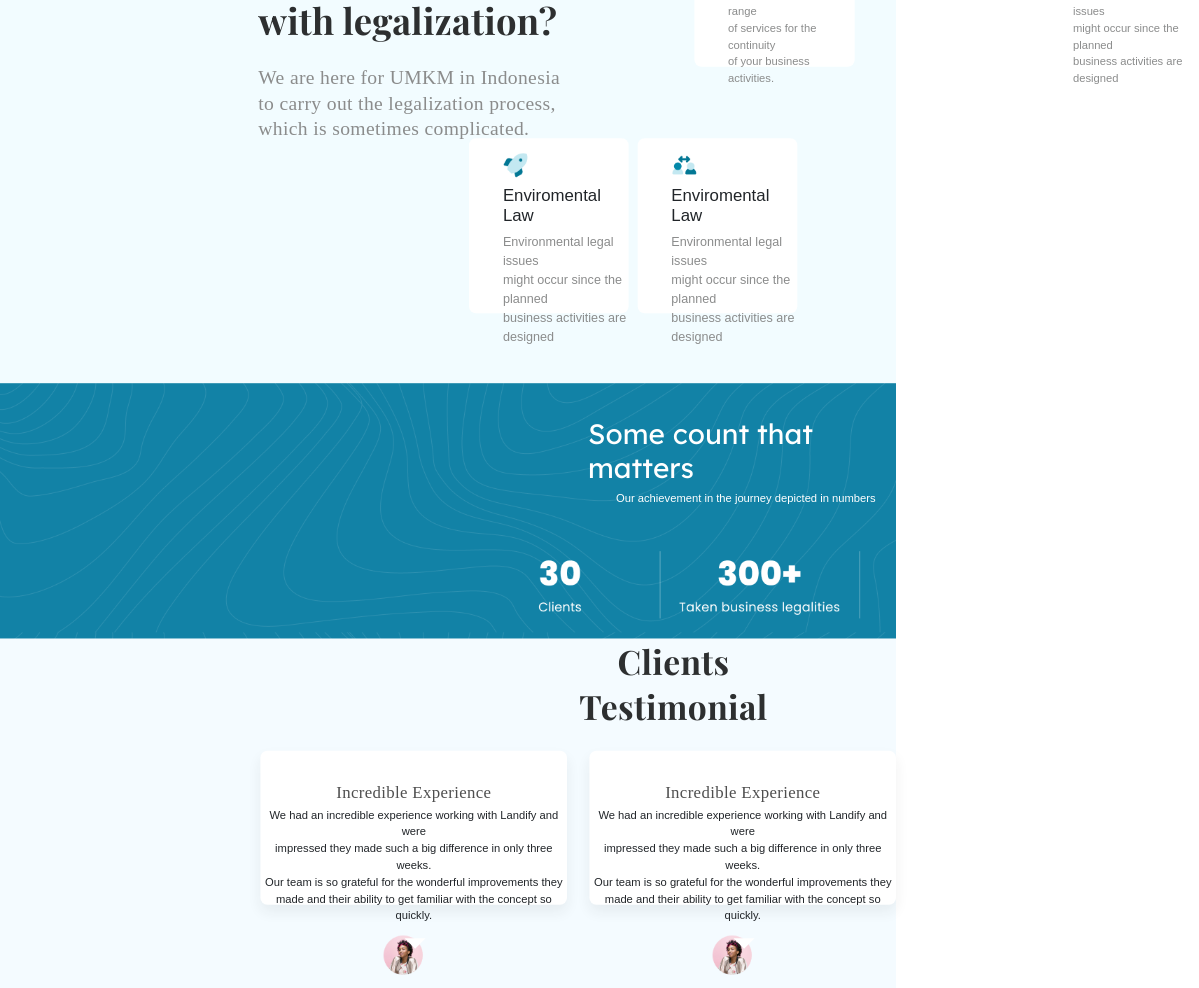
Repository: SAYYODTURINALIYEV/amaliy
Page: index.html
These files come from the project's save history. The page is drawn as it stood at one moment and after the next save; the edit follows.
The browser window is 1280 px wide. The page is 1713 px wide, so the pictures cover 1713 px, including what lies to the right of the window. The pictures show the part of the page from y = 1379 to 2819 px (the page is 2791 px tall before and 2819 px after), at 70% of full size.

Above is the page before, as saved 2022-05-20 17:25:10.

### index.html
<!DOCTYPE html>
<html lang="en">

<head>
    <meta charset="UTF-8">
    <meta name="viewport" content="width=device-width, initial-scale=1.0">
    <meta http-equiv="X-UA-Compatible" content="ie=edge">
    <meta name="Description" content="Enter your description here" />
    <link rel="stylesheet" href="https://cdnjs.cloudflare.com/ajax/libs/twitter-bootstrap/4.6.0/css/bootstrap.min.css">
    <link rel="stylesheet" href="https://cdnjs.cloudflare.com/ajax/libs/font-awesome/5.15.4/css/all.min.css">
    <link rel="stylesheet" href="styles/style.css">
    <title>figma</title>
</head>

<body>

    <nav id="nav">
        <section id="header_left">
            <div id="author_logo">
                <h1 id="author_logo_h1">L</h1>
            </div>
            <h1 id="author">Lawliet</h1>
        </section>
        <section id="header_right" class="ml-5 header_right">
            <section id="menues" class="ml-5">
                <ul id="menues_ul">
                    <a href="#">
                        <li>CONTACT</li>
                    </a>
                    <a href="#" class="ml-5">
                        <li>TESTIMONIALS</li>
                    </a>
                    <a href="#" class="ml-5">
                        <li>ABOUT</li>
                    </a>
                    <a href="#" class="ml-5">
                        <li>TERMS</li>
                    </a>
                </ul>
                <a href="#" id="search"><i class="fas fa-search ml-5" ></i></a>
            </section>

        </section>
    </nav><br>
    <section id="header">
        <div id="header_top"><br>
            <div class="ml-5">
                <h1 id="header_top_h1">Your Solution <br> Legal Consultacy</h1><br><br>
                <p id="header_top_p">We are here to help you take care of your legality <br> with the best service especially for you.</p><br>
                <button type="button" id="header_top_button">GET STARTED</button><br><br><br><br><br><br><br>
                <p id="header_top_p2">Trusted by 10+ companies in indonesia</p><br>
                <div id="brends">
                    <img src="images/Airbnb Logo.png" alt="" id="brends1">
                    <img src="images/Layer 2.png" alt="" class="ml-5" id="brends2"> <br><br>
                    <img src="images/Microsoft Logo.png" alt="" id="brends3">
                    <img src="images/Google Logo.png" alt="" class="ml-3" id="brends4">
                </div>

                <img src="images/Hero Image.png" alt="" id="header_top_img">

            </div>

        </div>
        <div id="header_bottom" class="mt-0">
            <div id="header_bottom_left"><br><br><br><br><br><br><br><br><br>
                <h1 id="header_bottom_left_h1">Why do we help <br> with legalization?</h1><br>
                <p id="header_bottom_left_p">We are here for UMKM in Indonesia <br> to carry out the legalization process, <br> which is sometimes complicated.</p>
            </div>
            <div class="continer2_right_top d-flex ml-5">
                <div class="con2_top_left">
                    <img src="images/Circle Layer.png" alt="" class="ml-5">
                    <h4 class="ml-5">Enviromental <br> Law</h4>
                    <p class="ml-5">Environmental legal issues <br> might occur since the planned <br> business activities are <br> designed</p>
                </div>
                <div class="con2_top_right mr-4">
                    <img src="images/Bag.png" alt="" class="ml-5">
                    <h4 class="ml-5">Corporate and <br> Commercial</h4>
                    <p class="ml-5">We provide a complete range <br> of services for the continuity <br> of your business activities.</p>
                </div>
            </div>
            <div id="con3_top">
                <img src="/images/Rocket.png" alt="" class="ml-5">
                <h4 class="ml-5">Enviromental <br> Law</h4>
                <p class="ml-5">Environmental legal issues <br> might occur since the planned <br> business activities are <br> designed</p><br>
            </div>
            <div id="con4_top">
                <img src="/images/User Arrows.png" alt="" class="ml-5">
                <h4 class="ml-5">Enviromental <br> Law</h4>
                <p class="ml-5">Environmental legal issues <br> might occur since the planned <br> business activities are <br> designed</p><br>
            </div>

        </div>

    </section>
    <section id="main">
        <div id="main_top">
            <div id="main_top1">
                <h1 id="main_top1_h1"><br> Some count that matters
                </h1>
                <p class="ml-5" id="main_top1_p">Our achievement in the journey depicted in numbers</p><br><br>
                <img src="images/Counts.png" alt="" class="image">
            </div>

        </div>
    </section>
    <section id="clients">

        <h2 id="main2_h1">Clients Testimonial</h2>
        <br>
        <div id="main2_1">
            <h3 id="main2_1_h1"><br><br> <br><br> Incredible Experience</h3>
            <p id="main2_1_p">We had an incredible experience working with Landify and were <br> impressed they made such a big difference in only three weeks. <br> Our team is so grateful for the wonderful improvements they <br> made and their ability to get familiar
                with the concept so <br> quickly.</p>
            <img src="/images/Photo.png" alt="">
        </div>
        <div id="main2_2">
            <h3 id="main2_1_h1"><br><br><br><br> Incredible Experience</h3>
            <p id="main2_1_p">We had an incredible experience working with Landify and were <br> impressed they made such a big difference in only three weeks. <br> Our team is so grateful for the wonderful improvements they <br> made and their ability to get familiar
                with the concept so <br> quickly.</p>
            <img src="/images/Photo.png" alt="">


        </div>
    </section>






    <script src="https://cdnjs.cloudflare.com/ajax/libs/jquery/3.5.1/jquery.min.js"></script>
    <script src="https://cdnjs.cloudflare.com/ajax/libs/popper.js/1.16.1/umd/popper.min.js"></script>
    <script src="https://cdnjs.cloudflare.com/ajax/libs/twitter-bootstrap/4.6.0/js/bootstrap.min.js"></script>
</body>

</html>

### styles/style.css
@import url('https://fonts.googleapis.com/css2?family=Roboto:wght@100;500&display=swap');
@import url('https://fonts.googleapis.com/css2?family=Playfair+Display:wght@400;700&family=Roboto:wght@100;500&display=swap');
@import url('https://fonts.googleapis.com/css2?family=Lexend+Deca&display=swap');
* {
    margin: 0;
    padding: 0;
    box-sizing: border-box;
    font-family: sans-serif;
}


/* ====NAVBAR===START===*/

#nav {
    position: fixed;
    background-color: white;
    width: 100%;
}

#menues {
    list-style-type: none;
    display: flex;
    flex-direction: row;
    justify-content: center;
    margin-right: -10rem;
}

#menues ul a {
    color: #2D2F30;
}

#menues_ul {
    display: flex;
    flex-direction: row;
    justify-content: center;
    list-style: none;
    margin-left: 32rem;
    margin-top: -2rem;
    font-family: 'Roboto', sans-serif;
}


/* ====NAVBAR===END===*/

#header_left {
    display: flex;
    flex-direction: row;
    margin-left: 240px;
    margin-top: 2rem;
}

#author_logo {
    width: 3rem;
    height: 3rem;
    background-color: #094B72;
    text-align: center;
    border-radius: 30px;
    padding: 20px;
    cursor: pointer;
    margin-left: 8.6rem;
}

#author_logo_h1 {
    margin-top: -0.9rem;
    font-size: 30px;
    font-weight: lighter;
    margin-left: -0.2rem;
    color: white;
}

#author {
    font-weight: bolder;
    margin-left: 1rem;
    font-family: 'Roboto', sans-serif;
    font-size: 28px;
    margin-top: 0.5rem;
    cursor: pointer;
}

#search {
    color: #2D2F30;
    margin-left: 5.8rem;
    margin-top: -2.3rem;
    font-size: 1.5rem;
    font-weight: bolder;
}


/* ====NAVBAR===END===*/


/* ====HEADER-TOP===START===*/

#header_top {
    background-color: #F9F8F9;
    height: 1072px;
}

#header_top_h1 {
    font-family: 'Playfair Display';
    font-style: normal;
    font-weight: 900;
    font-size: 76px;
    line-height: 120%;
    letter-spacing: 0.02em;
    color: #094B72;
    margin-left: 329px;
    margin-top: 10rem;
}

#header_top_p {
    font-family: sans-serif;
    font-style: normal;
    font-weight: 500;
    font-size: 20px;
    line-height: 158%;
    display: flex;
    align-items: center;
    letter-spacing: 0.5px;
    color: #4F4F4F;
    margin-left: 329px;
}

#header_top_button {
    background: #094B72;
    border-radius: 8px;
    padding: 25px;
    margin-left: 329px;
    color: rgb(253, 244, 244);
    font-family: sans-serif;
    border: none;
    font-weight: bold;
}

#header_top_button:hover {
    transition: 0.2s;
    box-shadow: 6px 6px black;
}

#header_top_button:active {
    transition: 0.1s;
    box-shadow: 6px 6px rgb(255, 255, 255);
}

#header_top_img {
    margin-top: -57.98rem;
    width: 549px;
    height: 973px;
    margin-left: 55rem;
}

#header_top_p2 {
    font-style: normal;
    font-weight: 400;
    font-size: 22px;
    letter-spacing: 0.04em;
    color: #8B8C8C;
    margin-left: 329px;
}

#brends {
    margin-left: 329px;
}

#brends1:hover {
    transform: scale(1.2);
    transition: all 0.9s;
}

#brends2:hover {
    transform: scale(1.2);
    transition: all 0.9s;
}

#brends3 {
    margin-right: 1rem;
}

#brends3:hover {
    transform: scale(1.2);
    transition: all 0.9s;
}

#brends4:hover {
    transform: scale(1.2);
    transition: all 0.9s;
}

#brends img {
    cursor: pointer;
}


/* ====HEADER-TOP===END===*/


/* ====HEADER-BOTTOM===START===*/

#header_bottom {
    background-color: #F2FCFF;
    height: 830px;
}

#header_bottom_left {
    margin-left: 369px;
}

#header_bottom_left_h1 {
    font-family: 'Playfair Display';
    font-style: bold;
    font-weight: 700;
    font-size: 52px;
    line-height: 64px;
    letter-spacing: 0.323077px;
    color: #2D2F30;
}

#header_bottom_left_p {
    font-family: 'Poppins';
    font-style: normal;
    font-weight: 400;
    font-size: 28px;
    line-height: 36px;
    letter-spacing: 0.5px;
    color: #8B8C8C;
}

#header_bottom {
    display: flex;
    flex-direction: row;
}

.continer2_left {
    margin-left: -1%;
    padding-top: 15%;
    padding-bottom: 15%;
}

.continer2_left h1 {
    font-family: 'Playfair Display';
    font-style: normal;
    font-weight: 700;
    font-size: 48px;
    line-height: 64px;
    letter-spacing: 0.323077px;
    color: #2D2F30;
}

.continer2_left p {
    font-family: 'Poppins';
    font-style: normal;
    font-weight: 400;
    font-size: 20px;
    line-height: 36px;
    letter-spacing: 0.5px;
    color: #8B8C8C;
}

.con2_top_left {
    background-color: white;
    width: 17.8%;
    height: 250px;
    border-radius: 10px;
    position: absolute;
    margin-left: 39.8rem;
}

.con2_top_left img {
    margin-left: 20px;
    margin-top: 20px;
}

.con2_top_left h4 {
    margin-left: 20px;
    margin-top: 10px;
}

.con2_top_left p {
    margin-left: 20px;
    margin-top: 10px;
    color: #8B8C8C;
}

.continer2_right_top {
    margin-top: 10%;
    width: 50%;
}

.continer2_right h1 {
    font-family: 'Playfair Display';
    font-style: normal;
    font-weight: 700;
    font-size: 48px;
    line-height: 64px;
    letter-spacing: 0.323077px;
    color: #2D2F30;
}

.continer2_right p {
    font-family: 'Poppins';
    font-style: normal;
    font-weight: 400;
    font-size: 20px;
    line-height: 36px;
    letter-spacing: 0.5px;
    color: #8B8C8C;
}

.con2_top_right {
    background-color: white;
    position: relative;
    width: 35.8%;
    height: 250px;
    margin-left: 22.5%;
    border-radius: 10px;
}

.con2_top_right img {
    margin-left: 20px;
    margin-top: 20px;
}

.con2_top_right h4 {
    margin-left: 20px;
    margin-top: 10px;
}

.con2_top_right p {
    margin-left: 20px;
    margin-top: 10px;
    color: #8B8C8C;
}

.continer2_right_bottom {
    margin-top: 40%;
    margin-left: -55%;
}

.con2_bottom_left {
    background-color: white;
    width: 57%;
    height: 250px;
    margin-left: -10%;
    margin-top: -5%;
    border-radius: 10px;
}

.con2_bottom_left img {
    margin-left: 20px;
    margin-top: 20px;
}

.con2_bottom_left h4 {
    margin-left: 20px;
    margin-top: 10px;
}

.con2_bottom_left p {
    margin-left: 20px;
    margin-top: 10px;
    color: #8B8C8C;
    font-size: 18px;
}

.con2_bottom_right {
    background-color: white;
    width: 57%;
    height: 250px;
    margin-top: -5%;
    left: 14%;
    margin-bottom: 20%;
    border-radius: 10px;
    margin-right: 2rem;
}

.con2_bottom_right img {
    margin-left: 20px;
    margin-top: 20px;
}

.con2_bottom_right h4 {
    margin-left: 20px;
    margin-top: 10px;
}

.con2_bottom_right p {
    margin-left: 20px;
    margin-top: 10px;
    color: #8B8C8C;
    font-size: 18px;
}

#con3_top {
    background-color: white;
    width: 17.8%;
    height: 250px;
    left: 14%;
    border-radius: 10px;
    margin-top: 30rem;
    margin-left: -51.1rem;
}

.con2_top_right:hover {
    transform: scale(1.1);
    transition: all 0.8s;
}

.con2_top_left:hover {
    transform: scale(1.1);
    transition: all 0.5s;
}

#con4_top {
    background-color: white;
    width: 17.8%;
    height: 250px;
    border-radius: 10px;
    margin-top: 30rem;
    margin-left: 1%;
}

#con4_top:hover {
    transform: scale(1.1);
    transition: all 0.8s;
}

#con3_top:hover {
    transform: scale(1.1);
    transition: all 0.8s;
}

#con3_top img {
    margin-left: 20px;
    margin-top: 20px;
}

#con3_top h4 {
    margin-left: 20px;
    margin-top: 10px;
}

#con3_top p {
    margin-left: 20px;
    margin-top: 10px;
    color: #8B8C8C;
    font-size: 18px;
}

#con4_top p {
    margin-left: 20px;
    margin-top: 10px;
    color: #8B8C8C;
}

#con4_top img {
    margin-left: 20px;
    margin-top: 20px;
}

#con4_top h4 {
    margin-left: 20px;
    margin-top: 10px;
}

#con4_top p {
    margin-left: 20px;
    margin-top: 10px;
    color: #8B8C8C;
    font-size: 18px;
}

#main_top {
    background: url(/images/BG.png);
    height: 365px;
}

#main_top1 {
    margin-left: 38rem;
    font-family: 'Lucida Sans', 'Lucida Sans Regular', 'Lucida Grande', 'Lucida Sans Unicode', Geneva, Verdana, sans-serif;
}

#main_top1_h1 {
    color: white;
    font-family: 'Lexend Deca', sans-serif;
    margin-left: 14.5rem;
}

#main_top1_p {
    color: white;
    margin-left: 17rem !important;
}

.image {
    margin-left: 4rem;
}

#main2_h1 {
    font-family: 'Playfair Display';
    font-style: normal;
    font-weight: 700;
    font-size: 48px;
    line-height: 64px;
    text-align: center;
    letter-spacing: 0.5px;
    font-feature-settings: 'salt' on, 'liga' off;
    color: #2D2F30;
    margin-left: 49rem;
}

#main2 {
    background-color: #f4fbff;
}

#clients {
    background-color: #f4fbff;
    width: 30rem;
    width: 100%;
    display: flex;
    flex-direction: row;
    height: 500px;
}

#main2_1_h1 {
    font-family: 'Poppins';
    font-style: normal;
    font-weight: 400;
    font-size: 24px;
    margin-top: -3rem;
    line-height: 24px;
    letter-spacing: 0.5px;
    font-feature-settings: 'salt' on, 'liga' off;
    color: #4F4F4F;
    text-align: center;
}

#main2_1 {
    background-color: white;
    width: 27%;
    line-height: 24px;
    font-family: 'Poppins';
    text-align: center;
    border-radius: 10px;
    width: 540px;
    height: 220px;
    box-shadow: 0px 10px 20px rgba(41, 41, 42, 0.07);
    margin-top: 10rem;
    margin-left: -48rem;
}

#main2_2 {
    background-color: white;
    width: 27%;
    line-height: 24px;
    font-family: 'Poppins';
    text-align: center;
    border-radius: 10px;
    width: 540px;
    height: 220px;
    box-shadow: 0px 10px 20px rgba(41, 41, 42, 0.07);
    margin-top: 10rem;
    margin-left: 2rem;
}

#main2_2_h1 {
    font-family: 'Poppins';
    font-style: normal;
    font-weight: 400;
    font-size: 24px;
    margin-top: -3rem;
    line-height: 24px;
    letter-spacing: 0.5px;
    font-feature-settings: 'salt' on, 'liga' off;
    color: #4F4F4F;
    text-align: center;
}

#main2_1::after {
    content: "";
    position: relative;
    border-width: 15px;
    border-style: solid;
    border-color: rgb(255, 255, 255) transparent transparent transparent;
    top: 1px;
    left: -26px;
}

#main2_2::after {
    content: "";
    position: relative;
    border-width: 15px;
    border-style: solid;
    border-color: rgb(255, 255, 255) transparent transparent transparent;
    top: 1px;
    left: -26px;
}

After the next save:
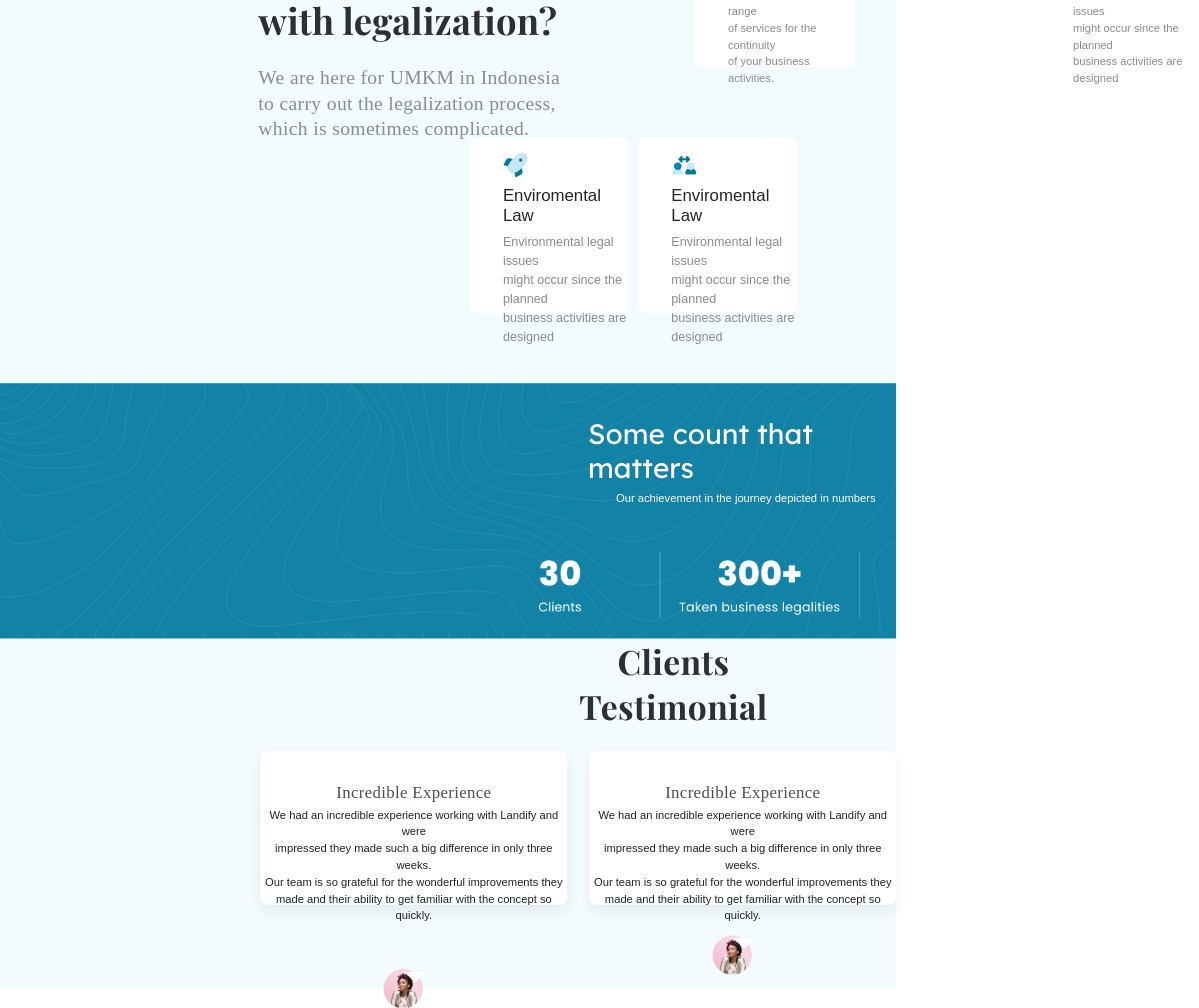
Saved 8 s later.
--- a/index.html
+++ b/index.html
@@ -110,7 +110,7 @@
         <div id="main2_1">
             <h3 id="main2_1_h1"><br><br> <br><br> Incredible Experience</h3>
             <p id="main2_1_p">We had an incredible experience working with Landify and were <br> impressed they made such a big difference in only three weeks. <br> Our team is so grateful for the wonderful improvements they <br> made and their ability to get familiar
-                with the concept so <br> quickly.</p>
+                with the concept so <br> quickly.</p><br><br>
             <img src="/images/Photo.png" alt="">
         </div>
         <div id="main2_2">

After the save that followed:
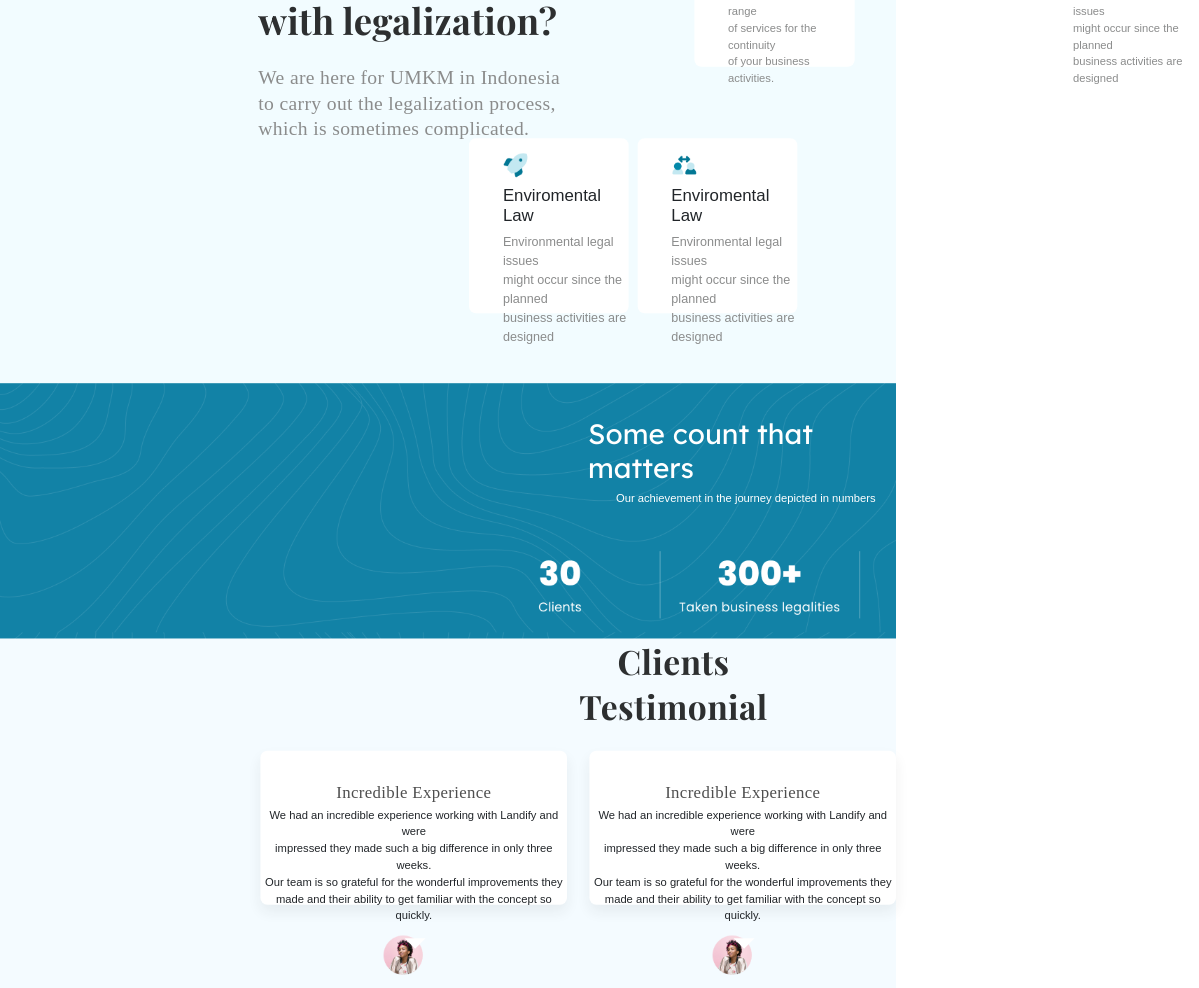
Saved 9 s later.
--- a/index.html
+++ b/index.html
@@ -110,7 +110,7 @@
         <div id="main2_1">
             <h3 id="main2_1_h1"><br><br> <br><br> Incredible Experience</h3>
             <p id="main2_1_p">We had an incredible experience working with Landify and were <br> impressed they made such a big difference in only three weeks. <br> Our team is so grateful for the wonderful improvements they <br> made and their ability to get familiar
-                with the concept so <br> quickly.</p><br><br>
+                with the concept so <br> quickly.</p>
             <img src="/images/Photo.png" alt="">
         </div>
         <div id="main2_2">
